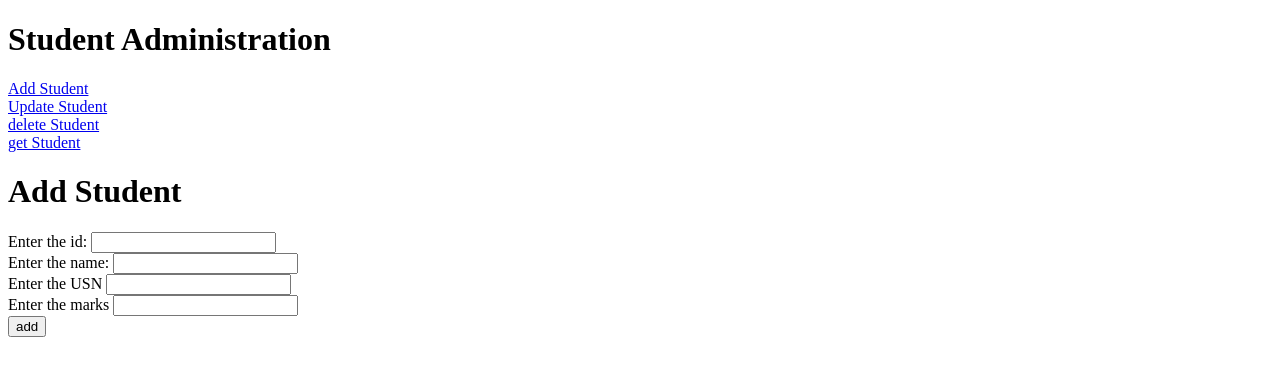
Repository: Anandnand/Web-Application
Page: http://localhost/addStudent
An editor plug-in stored every save of this project. The page is shown before and after the next save, followed by the edit.
The browser window is 1280 px wide. The pictures show the whole page.
The page is this project's Thymeleaf template; nobody is signed in. The template is opened directly, without the code that normally fills it, so the values that code supplies are empty.

Above is the page before, as saved 2024-03-25 16:49:35.

### Login/src/main/resources/templates/addStudent.html
<!DOCTYPE html>
<html>
<head>
<meta charset="ISO-8859-1">
<title>Insert title here</title>
</head>
<body>
<div>
		<h1>Student Administration</h1>
	</div>
	<div id="navcontainer">
		<nav>
			<a href="/api/nav/addStudent" target="_blank">Add Student</a> <br>
			<a href="/api/nav/updateStudent" target="_blank">Update Student</a> <br>
			<a href="/api/nav/deleteStudent" target="_blank">delete Student</a> <br>
			<a href="/api/nav/getStudent" target="_blank">get Student</a>
		</nav>
	</div>

<div>
<h1>Add Student</h1>
</div>


<div>
<form action="api/addStudent" method="post">
<label>Enter the id:</label>
<input type="text" name="id" class="add" >
<br>
<label>Enter the name:</label>
<input type="text" name="name" class="add" >
<br>
<label>Enter the USN</label>
<input type="text" name="usn" class="add" >
<br>
<label>Enter the marks</label>
<input type="text" name="marks" class="add" >
<br>
<input type="submit" name="submit" value="add"/>
</form>

</div>


</body>
</html>

After the next save:
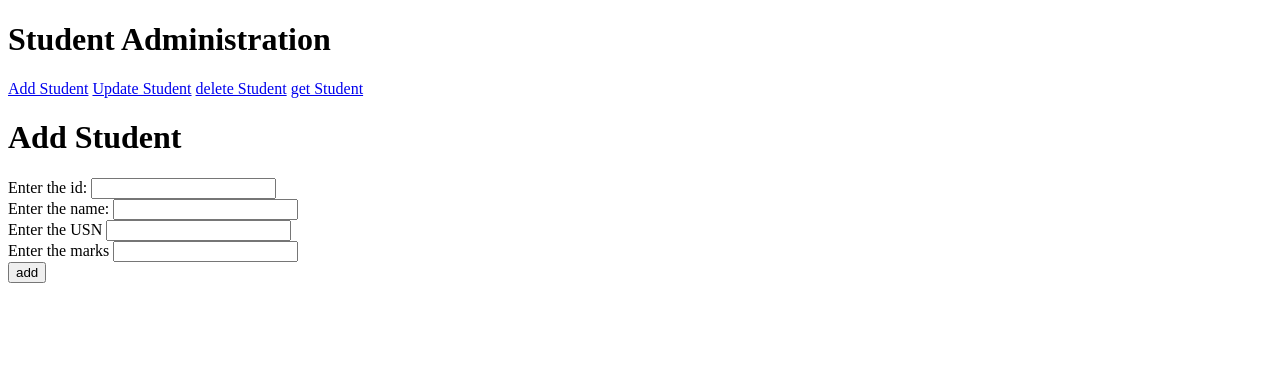
Saved 93 s later.
--- a/Login/src/main/resources/templates/addStudent.html
+++ b/Login/src/main/resources/templates/addStudent.html
@@ -10,9 +10,9 @@
 	</div>
 	<div id="navcontainer">
 		<nav>
-			<a href="/api/nav/addStudent" target="_blank">Add Student</a> <br>
-			<a href="/api/nav/updateStudent" target="_blank">Update Student</a> <br>
-			<a href="/api/nav/deleteStudent" target="_blank">delete Student</a> <br>
+			<a href="/api/nav/addStudent" target="_blank">Add Student</a>
+			<a href="/api/nav/updateStudent" target="_blank">Update Student</a>
+			<a href="/api/nav/deleteStudent" target="_blank">delete Student</a>
 			<a href="/api/nav/getStudent" target="_blank">get Student</a>
 		</nav>
 	</div>
